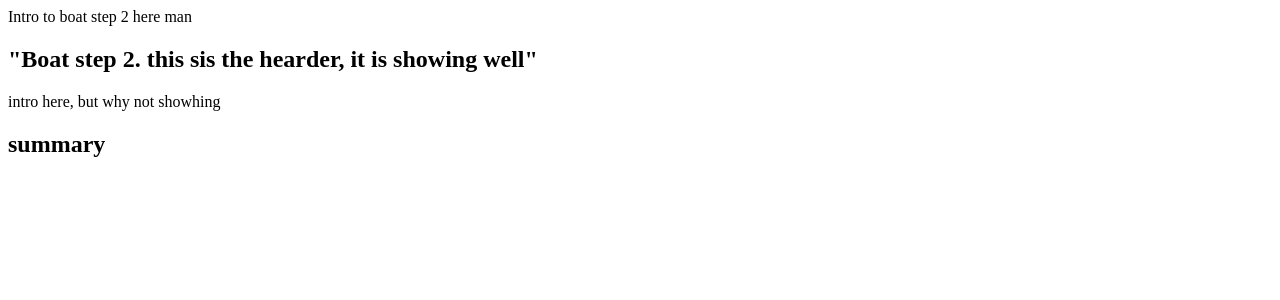
Repository: DevZubair/ionic-test
Page: www/templates/boat2.html
The author's editor kept a record of every edit. The page is drawn from the files as they stood at one moment, then again after the next edit.
The browser window is 1280 px wide. The pictures show the whole page.

Above is the page before.

### www/templates/boat2.html
<ion-view view-title="Step #2:">
  <ion-content>
    <div class="intro">Intro to boat step 2 here man</div>
       <div class="card">
        <div class="item item-divider">
          <h2>"Boat step 2. this sis the hearder, it is showing well"</h2>
        </div>

        <div class="item item-text-wrap">
          <p>intro here, but why not showhing</p>
        </div>

        <div class="item item-divider">
          <h2>summary</h2>
        </div>
    </div>
  <ion-content>
</ion-view>

After the next edit:
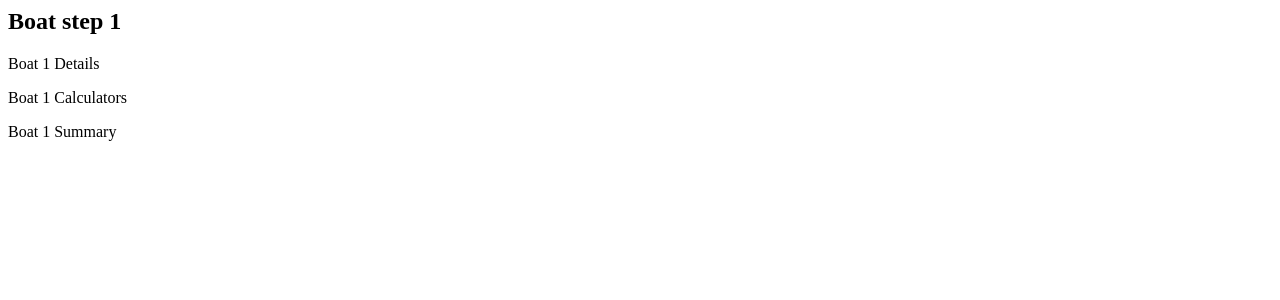
The edit:
--- a/www/templates/boat2.html
+++ b/www/templates/boat2.html
@@ -1,18 +1,20 @@
-<ion-view view-title="Step #2:">
+<ion-view view-title="Boat Step #2">
   <ion-content>
-    <div class="intro">Intro to boat step 2 here man</div>
-       <div class="card">
-        <div class="item item-divider">
-          <h2>"Boat step 2. this sis the hearder, it is showing well"</h2>
-        </div>
 
-        <div class="item item-text-wrap">
-          <p>intro here, but why not showhing</p>
-        </div>
+    <div class="card">
 
-        <div class="item item-divider">
-          <h2>summary</h2>
-        </div>
+      <div class="item item-divider">
+        <h2>Boat step 1</h2>
+      </div>
+
+      <div class="item item-text-wrap">
+        <p>Boat 1 Details </p>
+        <p>Boat 1 Calculators </p>
+        <p>Boat 1 Summary </p>
+      </div>
+
+
     </div>
+
   <ion-content>
 </ion-view>
